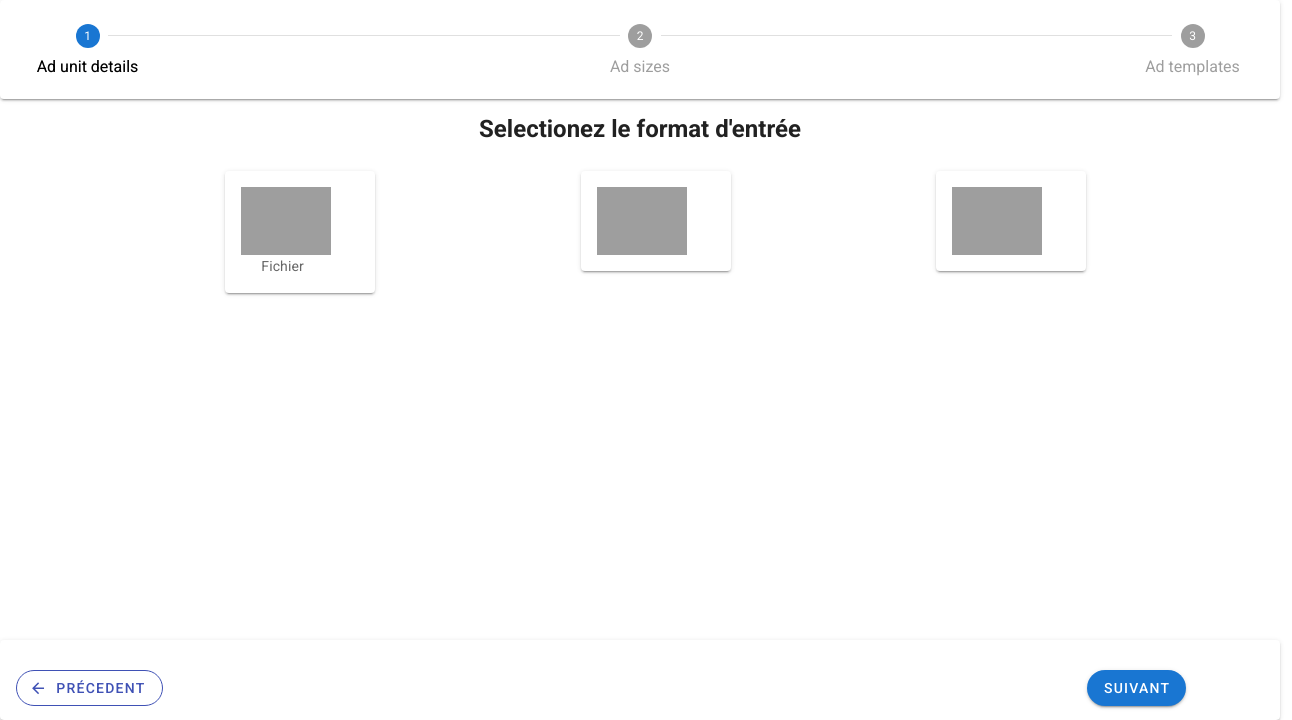
Repository: SidneyHodieb/myc
Page: /addsource/format
The author's editor kept a copy of each file at every save. The page is drawn from the files as they stood at one save, then again after the next save.
The browser window is 1280 px wide. The page is 1292 px wide, so the pictures cover 1292 px, including what lies to the right of the window. The pictures show the whole page.
Pictures or frames that could not be fetched are drawn as grey boxes. The project was rebuilt for these pictures with package versions that can differ from the ones it lists, and the page was loaded fresh each time. Also part of the build but not shown: vue.config.js, src/views/Home.vue, src/views/addSource/components/card.vue, src/views/addSource/components/trigger.vue.

Above is the page before, as saved 2021-04-04 13:16:36.

After the next save:
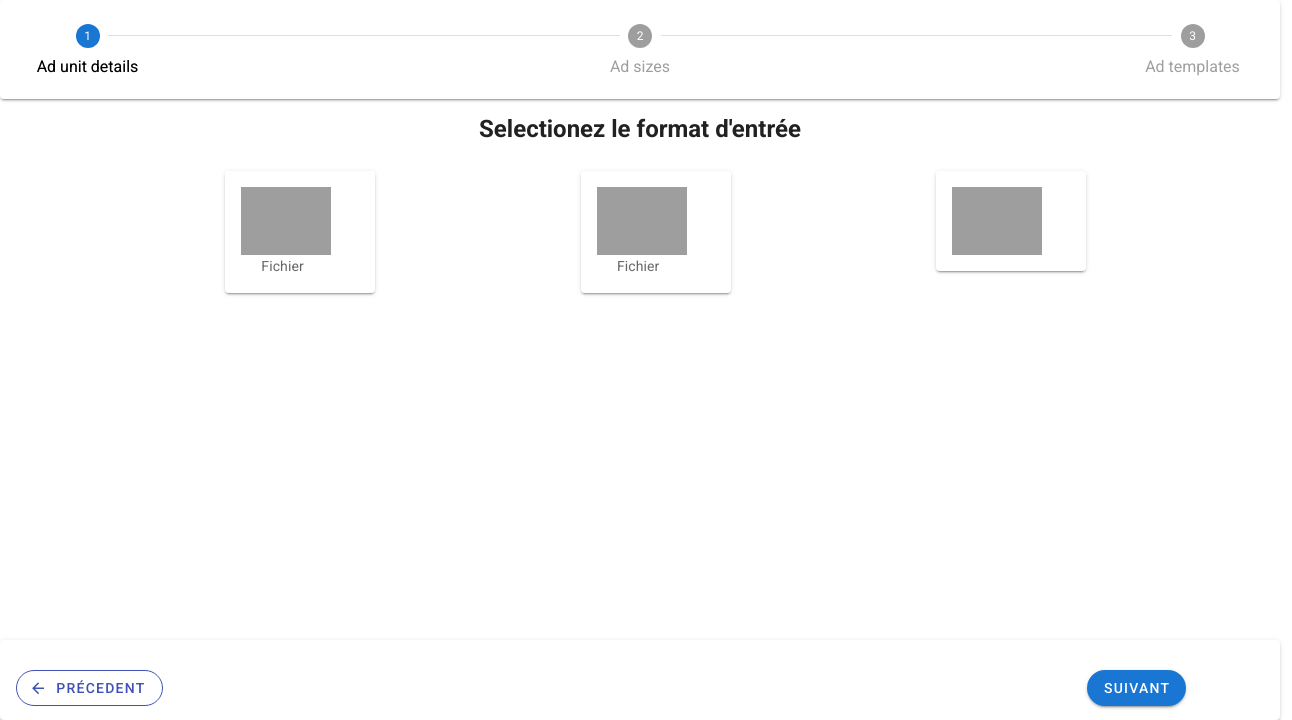
Saved 22 s later.
--- a/src/views/addSource/components/format.vue
+++ b/src/views/addSource/components/format.vue
@@ -24,6 +24,7 @@
            width="90"
             src="https://www.flaticon.com/svg/vstatic/svg/2306/2306016.svg?token=exp=1617475854~hmac=35e4e709fb9fa1338bb7b9cd5032613a"
         ></v-img>
+         <span class="ml-5">Fichier</span>
          </v-card-text>
         </v-card>
       </v-col>
